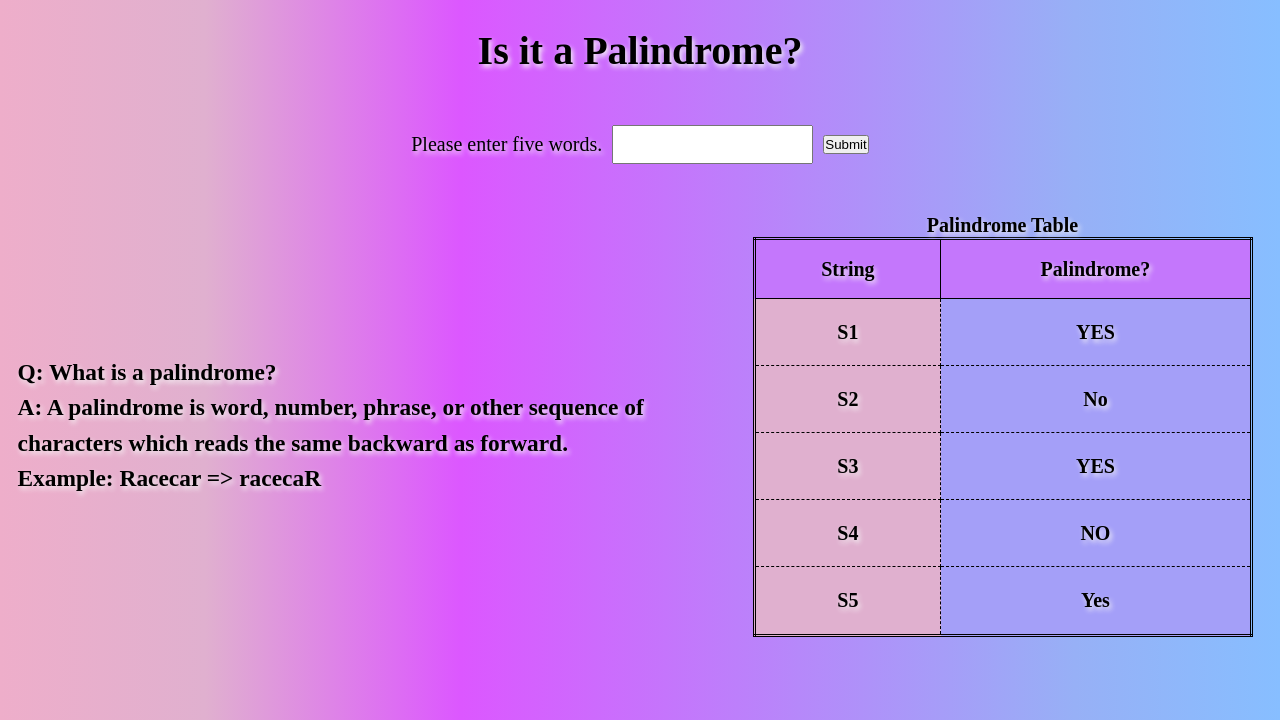
Repository: mlmEFSC21/P18-Palindrome-Table
Page: palindrome.html
The author's editor kept a copy of each file at every save. The page is drawn from the files as they stood at one save, then again after the next save.
The browser window is 1280 px wide. The pictures show the whole page.

Above is the page before, as saved 2022-04-04 14:20:17.

After the next save:
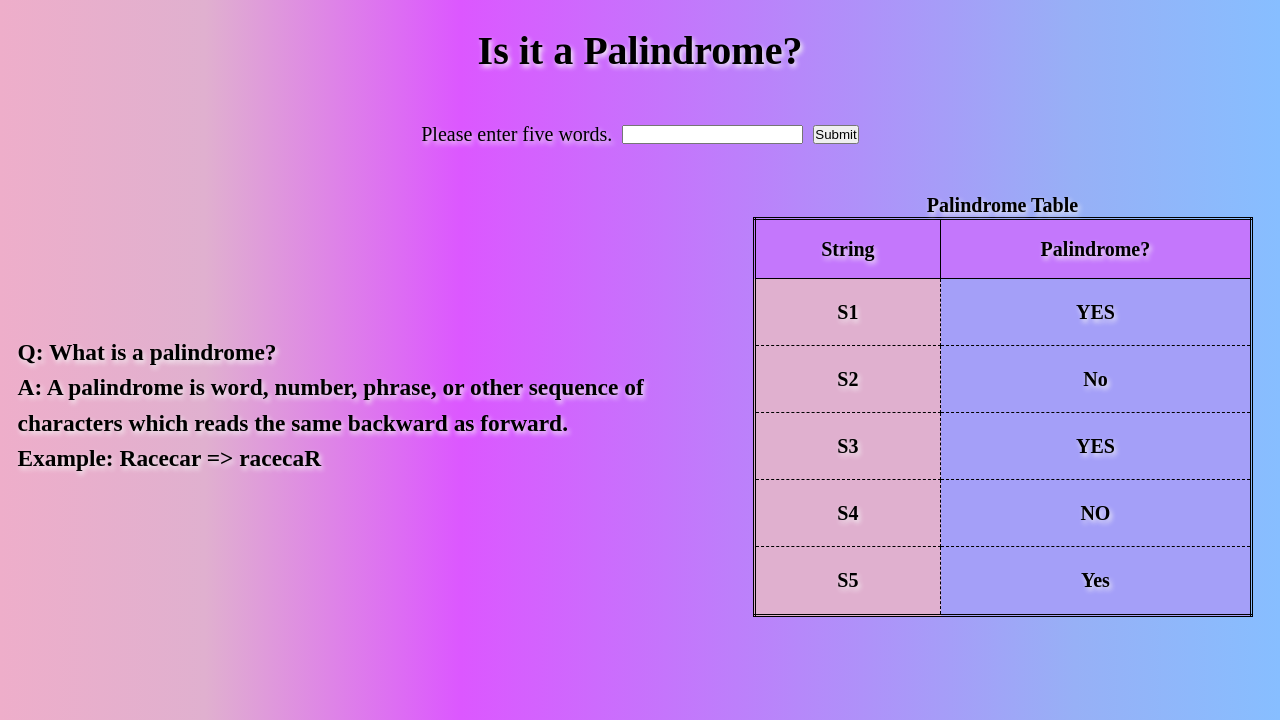
Saved 5 s later.
--- a/palindrome.css
+++ b/palindrome.css
@@ -40,7 +40,7 @@ form {
 }
 input {
     margin: 10px;
-    padding: 10px;
+    /* padding: 10px; */
 }
 .tableContainer {
     display: flex;
